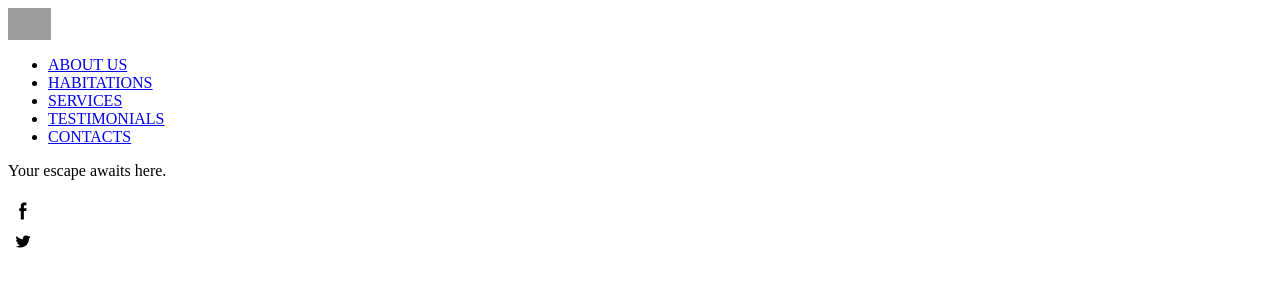
Repository: koldovsky/4394-html-teamwork
Page: global.header-nav.partial.html
An editor plug-in stored every save of this project. The page is shown before and after the next save, followed by the edit.
The browser window is 1280 px wide. The pictures show the whole page.
Pictures or frames that could not be fetched are drawn as grey boxes.

Above is the page before, as saved 2025-10-06 18:42:59.

After the next save:
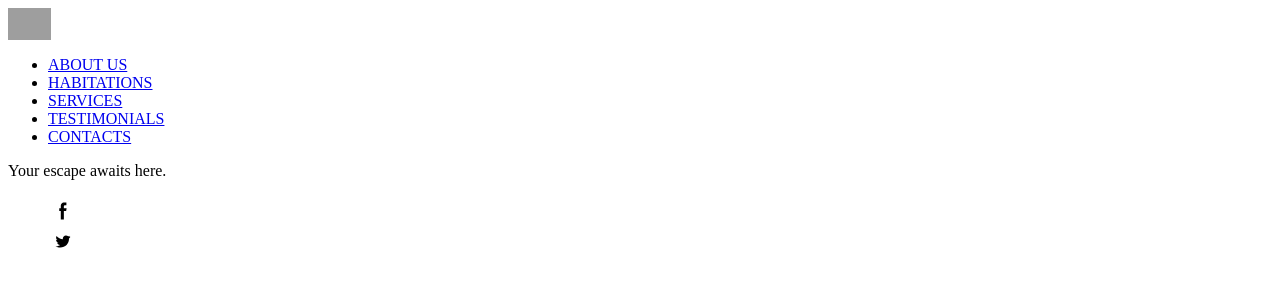
Saved 116 s later.
--- a/global.header-nav.partial.html
+++ b/global.header-nav.partial.html
@@ -23,7 +23,7 @@
 
   <p>Your escape awaits here.</p>
 
-  <div>
+  <ul>
     <div>
       <a href="https://facebook.com/">
         <svg
@@ -52,5 +52,5 @@
         </svg>
       </a>
     </div>
-  </div>
+  </ul>
 </nav>
